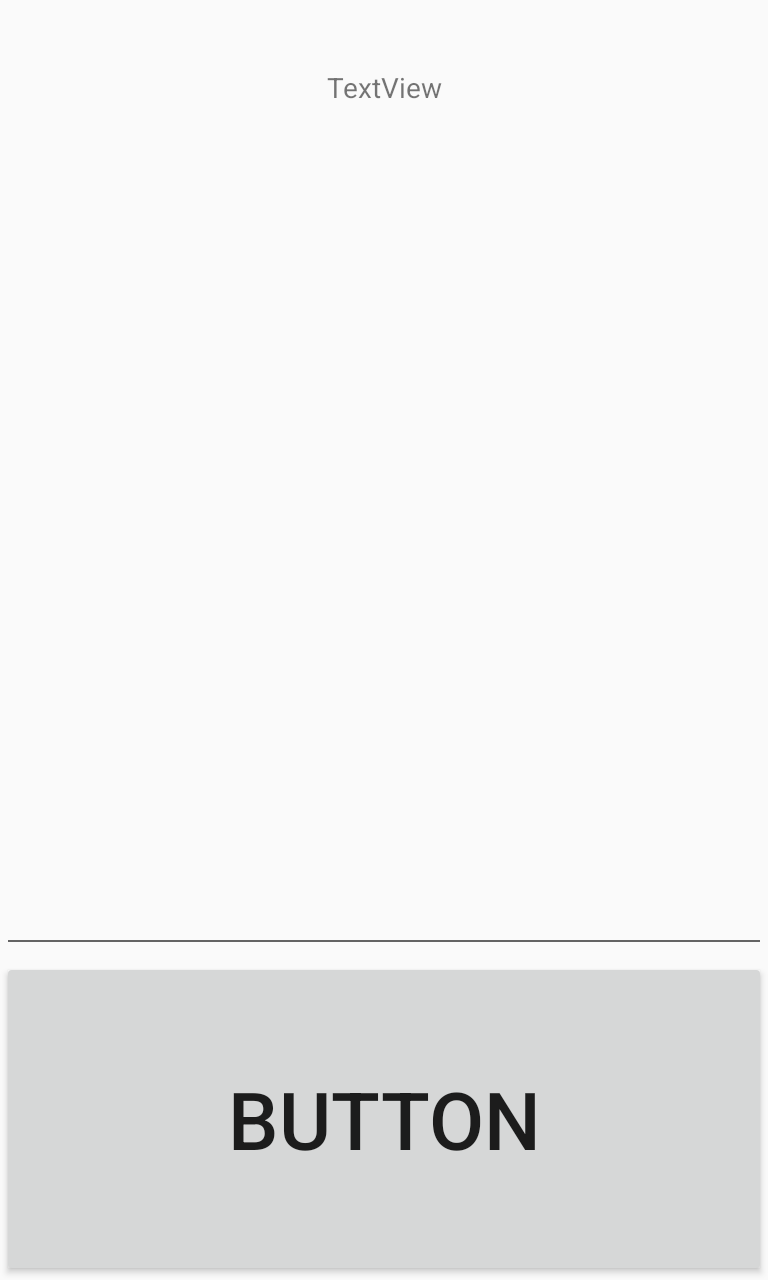
Repository: harsha20011992/Android-Projects
Layout: NotePadLatest/res/layout/fragmentnotes.xml
An editor plug-in stored every save of this project. The layout is shown before and after the next save, followed by the edit.
It is drawn on a 768 x 1280 px phone screen (xhdpi) without system bars, with theme AppTheme; the app's code is not run.

Above is the layout before, as saved 2014-10-13 19:40:59.

After the next save:
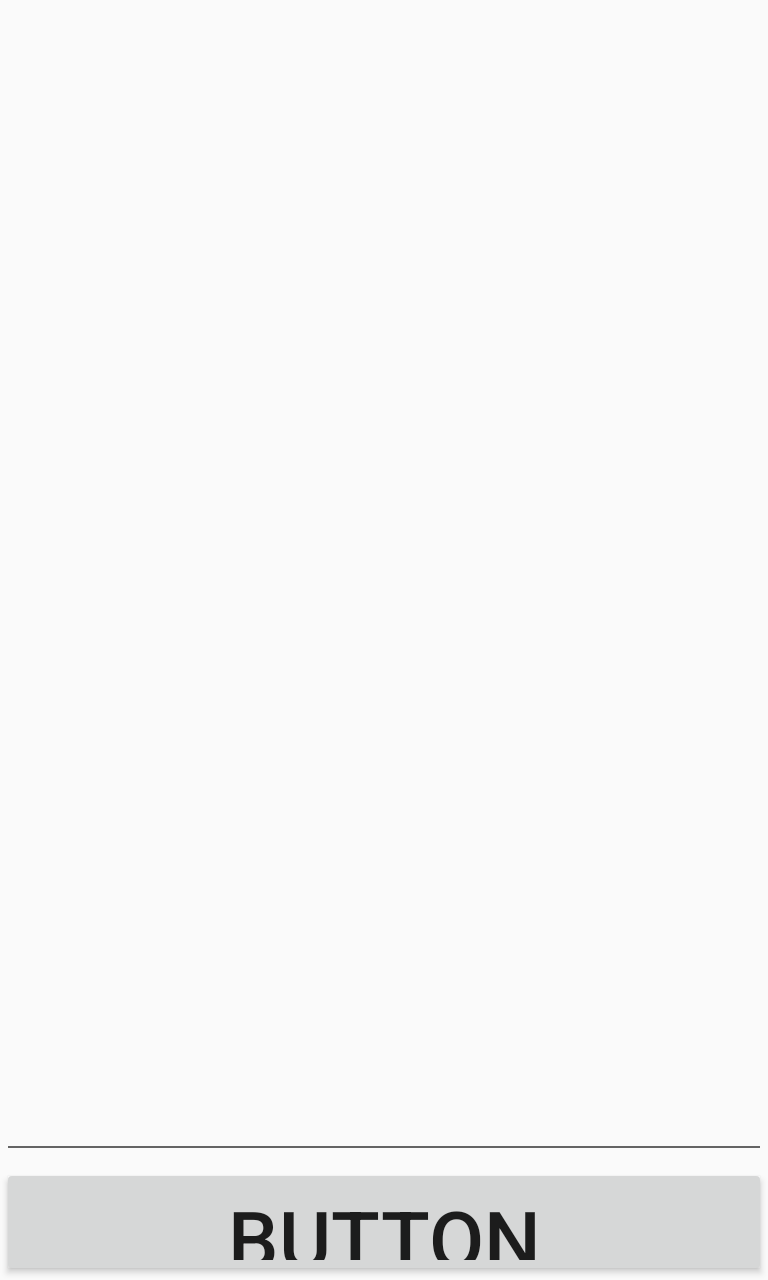
Saved 61 s later.
--- a/NotePadLatest/res/layout/fragmentnotes.xml
+++ b/NotePadLatest/res/layout/fragmentnotes.xml
@@ -7,7 +7,7 @@
     <TextView
         android:id="@+id/notepadtitle"
         android:layout_width="match_parent"
-        android:layout_height="0dp"
+        android:layout_height="wrap_content"
         android:text="TextView"
         android:layout_weight="2"
         android:gravity="center" />
@@ -15,7 +15,7 @@
     <EditText
         android:id="@+id/notepadtext"
         android:layout_width="match_parent"
-        android:layout_height="wrap_content"
+        android:layout_height="match_parent"
         android:layout_weight="8">
 
 
